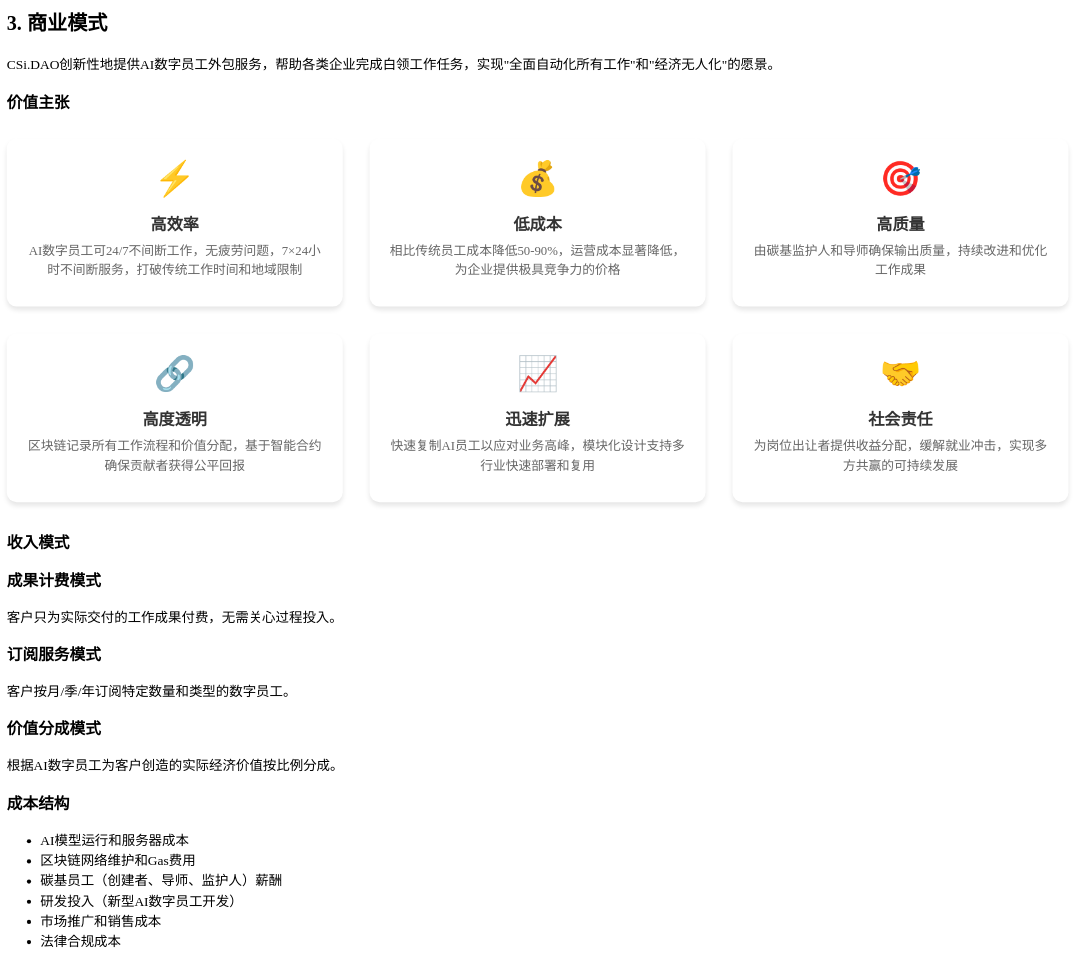
Repository: delez911/ainize
Page: static-site/src/components/business/business.html
These files come from the project's save history. The page is drawn as it stood at one moment and after the next save; the edit follows.
The browser window is 1280 px wide. The pictures show the whole page, at 84% of full size.

Above is the page before, as saved 2025-04-24 03:55:41.

After the next save:
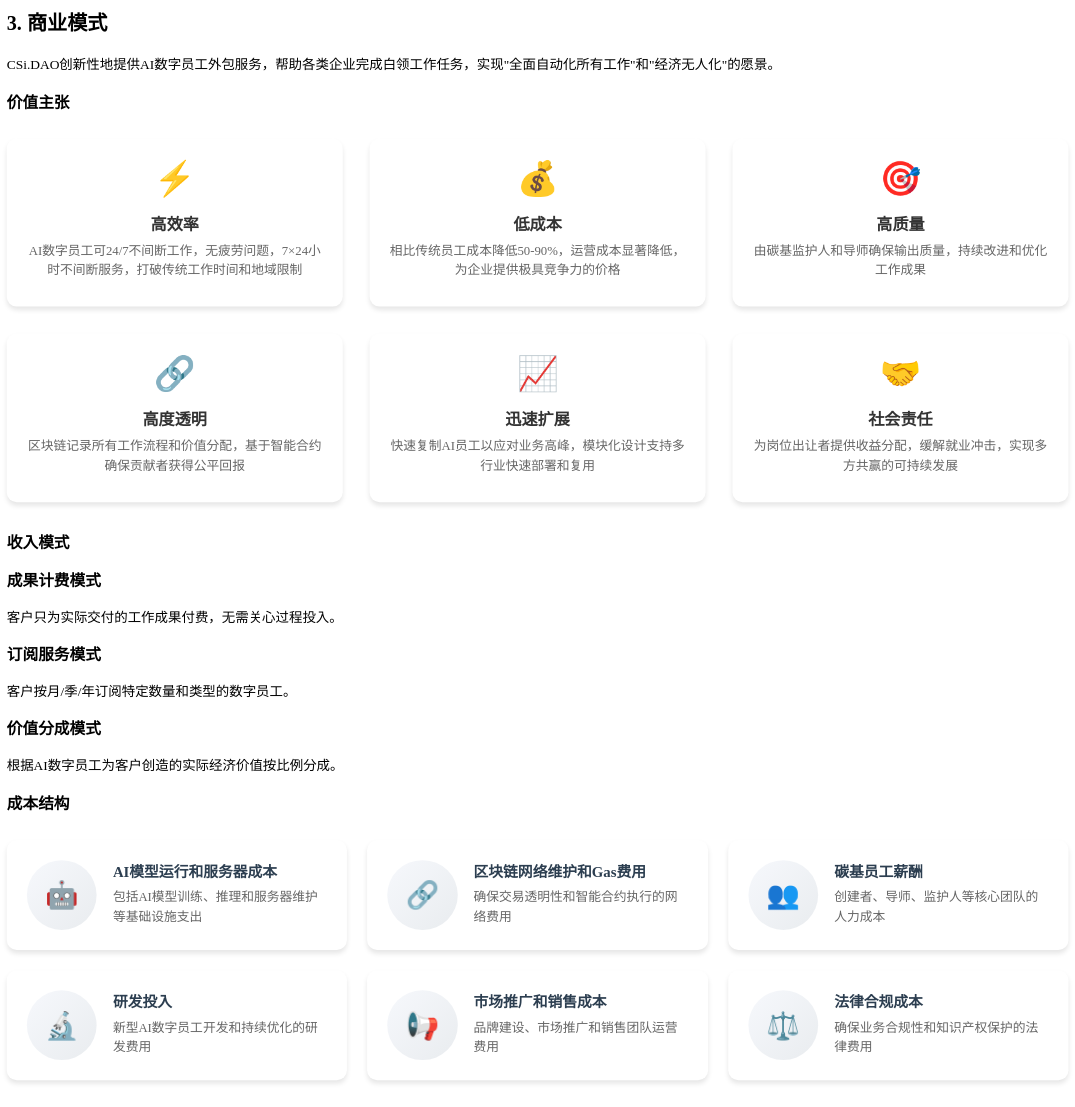
Saved 90 s later.
--- a/static-site/src/components/business/business.html
+++ b/static-site/src/components/business/business.html
@@ -55,14 +55,50 @@
       </div>
 
       <h3>成本结构</h3>
-      <ul>
-        <li>AI模型运行和服务器成本</li>
-        <li>区块链网络维护和Gas费用</li>
-        <li>碳基员工（创建者、导师、监护人）薪酬</li>
-        <li>研发投入（新型AI数字员工开发）</li>
-        <li>市场推广和销售成本</li>
-        <li>法律合规成本</li>
-      </ul>
+      <div class="cost-structure">
+        <div class="cost-item">
+          <div class="cost-icon">🤖</div>
+          <div class="cost-content">
+            <h4>AI模型运行和服务器成本</h4>
+            <p>包括AI模型训练、推理和服务器维护等基础设施支出</p>
+          </div>
+        </div>
+        <div class="cost-item">
+          <div class="cost-icon">🔗</div>
+          <div class="cost-content">
+            <h4>区块链网络维护和Gas费用</h4>
+            <p>确保交易透明性和智能合约执行的网络费用</p>
+          </div>
+        </div>
+        <div class="cost-item">
+          <div class="cost-icon">👥</div>
+          <div class="cost-content">
+            <h4>碳基员工薪酬</h4>
+            <p>创建者、导师、监护人等核心团队的人力成本</p>
+          </div>
+        </div>
+        <div class="cost-item">
+          <div class="cost-icon">🔬</div>
+          <div class="cost-content">
+            <h4>研发投入</h4>
+            <p>新型AI数字员工开发和持续优化的研发费用</p>
+          </div>
+        </div>
+        <div class="cost-item">
+          <div class="cost-icon">📢</div>
+          <div class="cost-content">
+            <h4>市场推广和销售成本</h4>
+            <p>品牌建设、市场推广和销售团队运营费用</p>
+          </div>
+        </div>
+        <div class="cost-item">
+          <div class="cost-icon">⚖️</div>
+          <div class="cost-content">
+            <h4>法律合规成本</h4>
+            <p>确保业务合规性和知识产权保护的法律费用</p>
+          </div>
+        </div>
+      </div>
     </div>
   </div>
 </section>
@@ -113,4 +149,67 @@
     grid-template-columns: 1fr;
   }
 }
+
+.cost-structure {
+  display: grid;
+  grid-template-columns: repeat(auto-fit, minmax(300px, 1fr));
+  gap: 1.5rem;
+  margin: 2rem 0;
+}
+
+.cost-item {
+  background: white;
+  border-radius: 12px;
+  padding: 1.5rem;
+  display: flex;
+  align-items: flex-start;
+  gap: 1.2rem;
+  box-shadow: 0 4px 6px rgba(0, 0, 0, 0.1);
+  transition: transform 0.3s ease, box-shadow 0.3s ease;
+}
+
+.cost-item:hover {
+  transform: translateY(-5px);
+  box-shadow: 0 8px 15px rgba(0, 0, 0, 0.1);
+}
+
+.cost-icon {
+  font-size: 2rem;
+  background: linear-gradient(135deg, #f6f8fc, #e9ecef);
+  padding: 0.8rem;
+  border-radius: 50%;
+  min-width: 3.6rem;
+  height: 3.6rem;
+  display: flex;
+  align-items: center;
+  justify-content: center;
+}
+
+.cost-content {
+  flex: 1;
+}
+
+.cost-content h4 {
+  color: #2c3e50;
+  margin: 0 0 0.5rem 0;
+  font-size: 1.1rem;
+  font-weight: 600;
+}
+
+.cost-content p {
+  color: #666;
+  margin: 0;
+  font-size: 0.95rem;
+  line-height: 1.5;
+}
+
+@media (max-width: 768px) {
+  .cost-structure {
+    grid-template-columns: 1fr;
+  }
+
+  .cost-item {
+    padding: 1.2rem;
+  }
+}
 </style>
